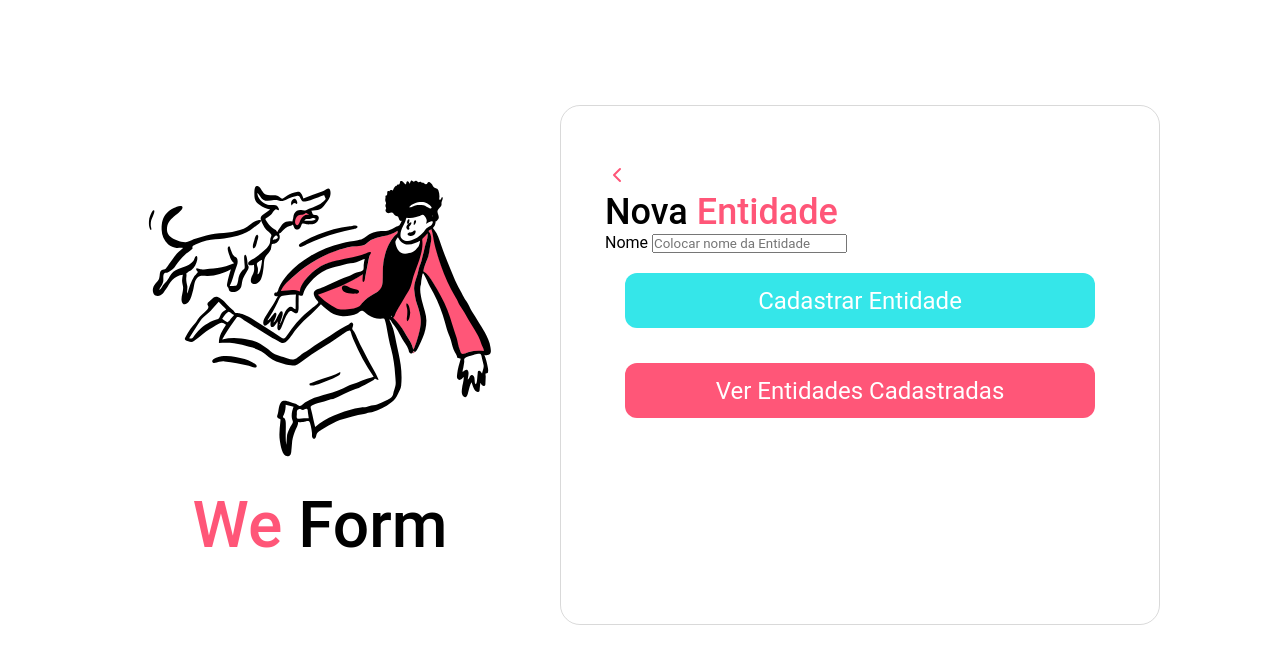
Repository: guilhermecardoso93/we-form
Page: nova-entidade.html
An editor plug-in stored every save of this project. The page is shown before and after the next save, followed by the edit.
The browser window is 1280 px wide. The pictures show the whole page.
Some web libraries are served in a nearby version.

Above is the page before, as saved 2024-06-09 17:59:58.

### nova-entidade.html
<!DOCTYPE html>
<html lang="pt-BR">

<head>
    <meta charset="UTF-8">
    <meta name="viewport" content="width=device-width, initial-scale=1.0">
    <link rel="stylesheet" href="https://cdnjs.cloudflare.com/ajax/libs/font-awesome/5.13.1/css/all.min.css">
    <link rel="stylesheet" href="./styles.css">
    <title>We Form</title>
</head>

<body>
    <div class="content">

        <aside>
            <img src="./assets/hero.svg" alt="Ilustração mulher com cachorro" />
            <h1>
                <span>We</span> Form
            </h1>
        </aside>

        <main>
            <a href="/">
                <img src="./assets/arrow-back.svg" alt="seta" />
            </a href="/">
            <h2>Nova <span>Entidade</span></h2>
            <form>
                <label form="nome">Nome</label>
                <input type="text" placeholder="Colocar nome da Entidade" id="nome">
            </form>
            <div class="buttons">
                <button>
                <a href="http://">Cadastrar Entidade</a>
            </button>
                <button>
                <a href="http://">Ver Entidades Cadastradas</a>
            </button>
            </div>

        </main>
    </div>
</body>

</html>

### styles.css
* {
  padding: 0;
  margin: 0;
  box-sizing: border-box;
  font-family: Roboto, sans-serif;
}

:root {
  font-size: 62.5%;
}

body {
  font-size: 1.6rem;
  text-decoration: none;
}

.content {
 display: flex;
 flex-wrap: wrap-reverse;
 align-items: center;
 justify-content:center;
 gap: 4rem;
 margin: 10.5rem 0 4rem 0;
}


aside {
  display: flex;
  flex-direction: column;
  align-items: center;
  justify-content: center;
  gap: 2rem;
}

aside h1 {
  font-size: 6.4rem;
  font-weight: 500;
  line-height: 75px;
}

aside h1>span, main h2>span {
  color: #FF5678;
}

aside img {
  width: 40rem;
}


main {
  width: 60rem;
  height: 52rem;
  border: 1px solid rgba(0, 0, 0, 0.15);
  border-radius: 20px;
  padding: 5.7rem 4.4rem;
}

main h2 {
  max-width: 43rem;
  font-size: 3.6rem;
  font-weight: 500;
}

.buttons {
  display: flex;
  flex-direction: column;
  justify-content: center;
  gap: 3.5rem;
  margin: 2rem;
}


.buttons button {
  background-color: #35e6e9;
  height: 5.5rem;
  border: none;
  border-radius: 12px;
}

.buttons button:hover {
  opacity: 0.5;
}

.buttons button a {
  text-decoration: none;
  color: #fff;
  font-size: 2.4rem;
}

.buttons button+button {
  background-color: #FF5678;
}

.footer {
  display: flex;
  flex-direction: column;
  align-items: center;
  justify-content: center;
  gap: 1rem;
}

.footer p {
  font-size: 1.6rem;
  margin-top: 8rem;
}

.footer a {
  font-size: 1.2rem;
  color: #000;
  text-decoration: none;
}

### assets/arrow-back.svg
<svg xmlns="http://www.w3.org/2000/svg" width="24" height="24" viewBox="0 0 24 24" fill="none" stroke="#FF5678" stroke-width="2" stroke-linecap="round" stroke-linejoin="round" class="lucide lucide-chevron-left"><path d="m15 18-6-6 6-6"/></svg>

After the next save:
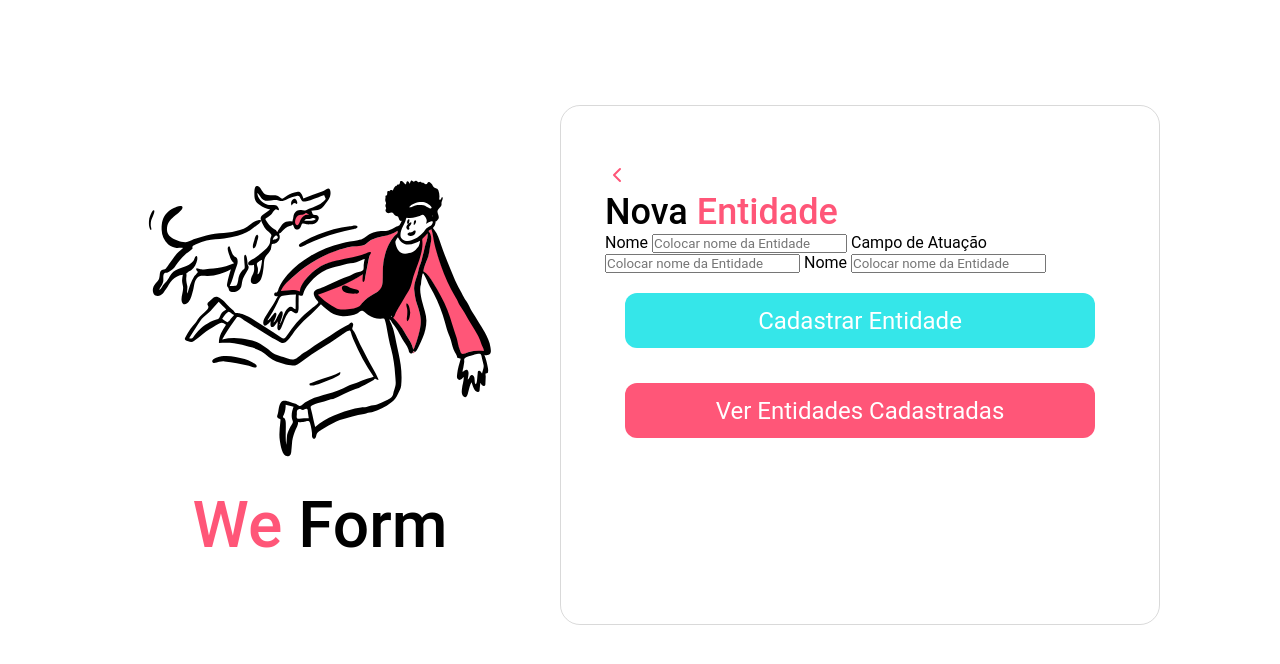
Saved 57 s later.
--- a/nova-entidade.html
+++ b/nova-entidade.html
@@ -27,6 +27,12 @@
             <form>
                 <label form="nome">Nome</label>
                 <input type="text" placeholder="Colocar nome da Entidade" id="nome">
+
+                <label form="field">Campo de Atuação</label>
+                <input type="text" placeholder="Colocar nome da Entidade" id="field">
+
+                <label form="nome">Nome</label>
+                <input type="text" placeholder="Colocar nome da Entidade" id="nome">
             </form>
             <div class="buttons">
                 <button>
